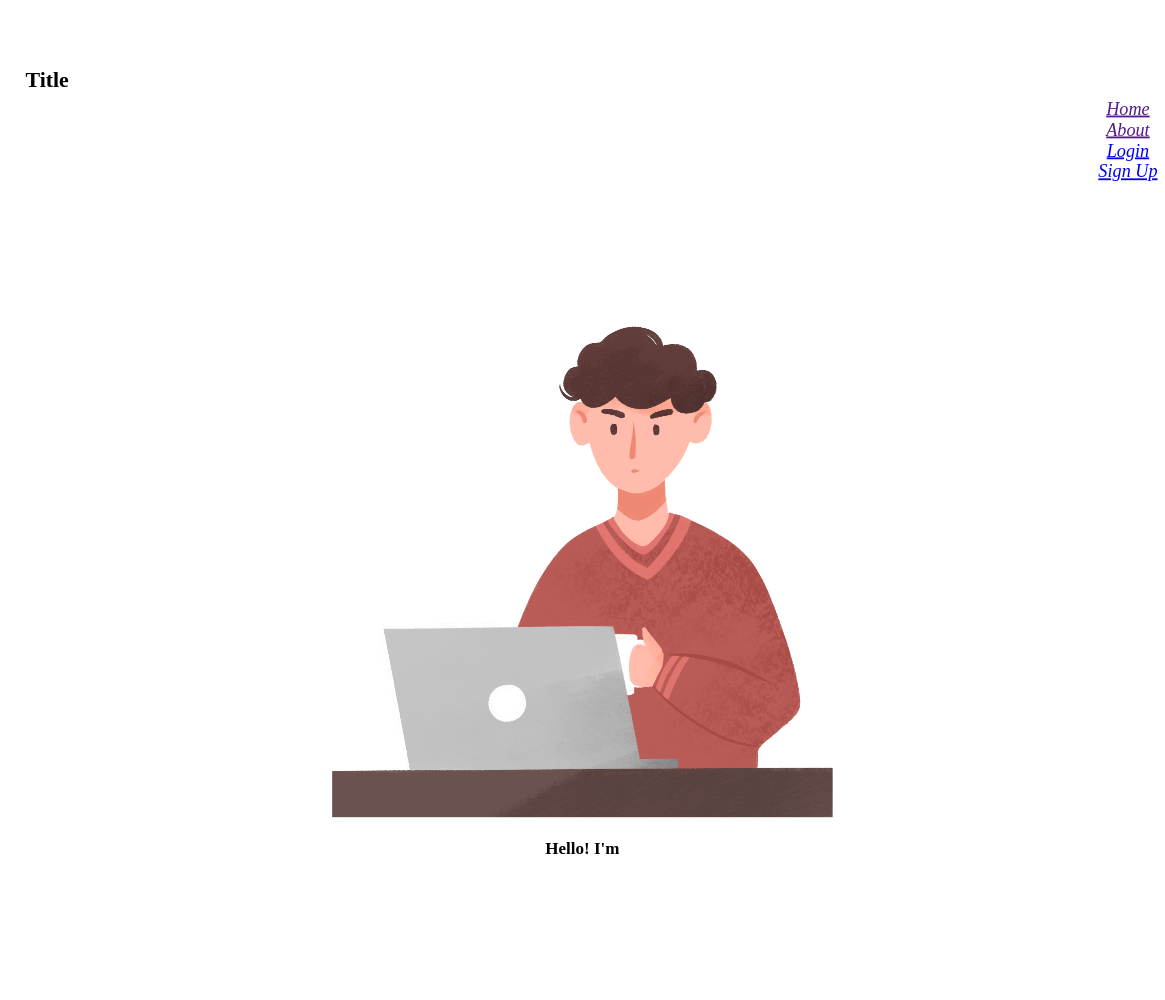
Repository: beruzz/ezen
Page: http://localhost/introduce/
An editor plug-in stored every save of this project. The page is shown before and after the next save, followed by the edit.
The browser window is 1280 px wide. The pictures show the whole page, at 91% of full size.
The page is served by Tomcat 9.

Above is the page before, as saved 2022-12-12 11:33:01.

After the next save:
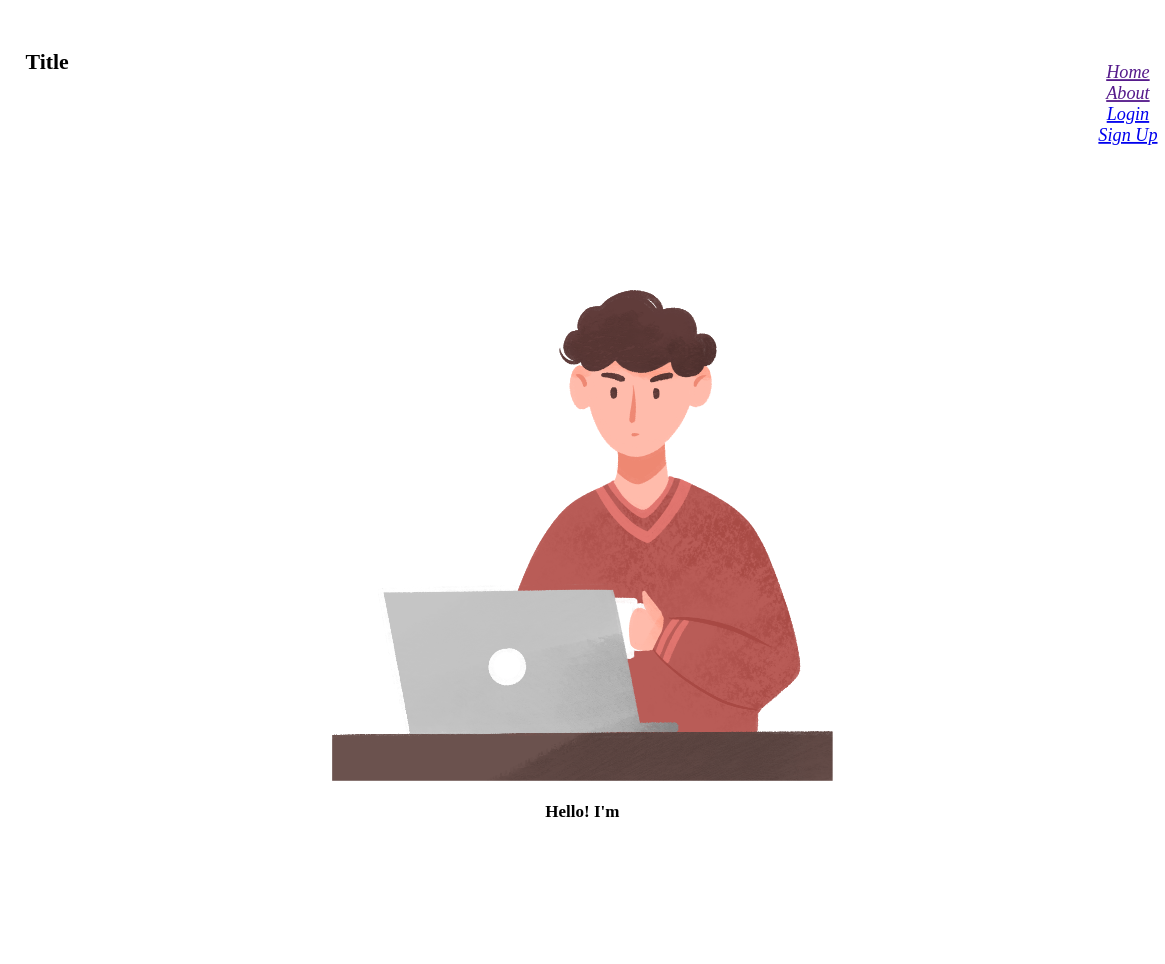
Saved 58 s later.
--- a/JSP_Board&Member/introduce/src/main/webapp/index.jsp
+++ b/JSP_Board&Member/introduce/src/main/webapp/index.jsp
@@ -30,7 +30,7 @@
     	font-style: italic;
     	align-items: center;
     	text-align: center;
-    	padding-top: 80px;
+    	padding-top: 40px;
     	top: 0;
     	left: 0;
     	right: 0;
